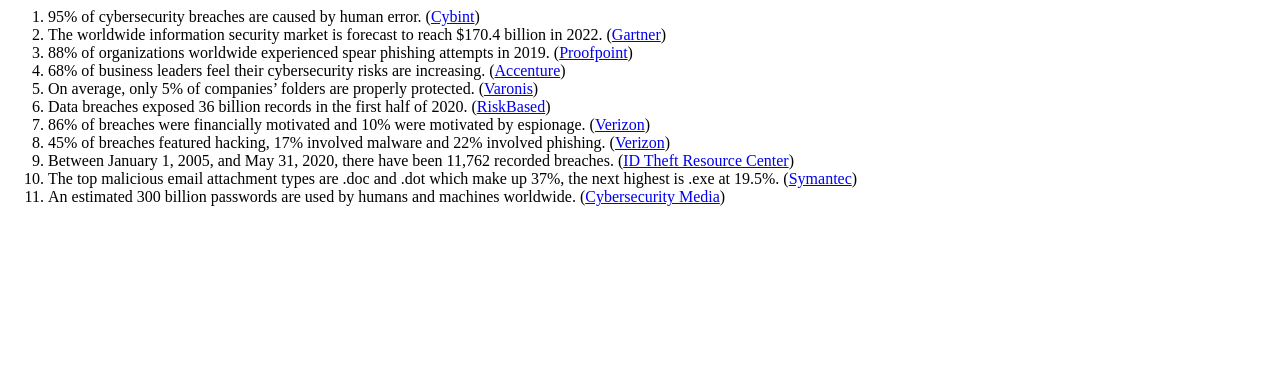
Repository: AniruddhAnand/zero_day_shield
Page: assets/data/facts.html
These files come from the project's save history. The page is drawn as it stood at one moment and after the next save; the edit follows.
The browser window is 1280 px wide. The pictures show the whole page.

Above is the page before, as saved 2021-07-10 14:58:15.

After the next save:
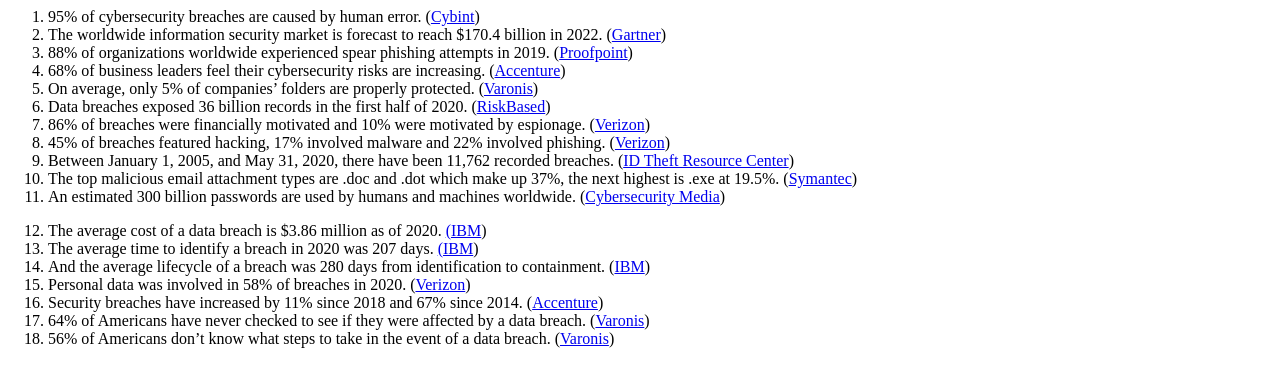
Saved 6 min 36 s later.
--- a/assets/data/facts.html
+++ b/assets/data/facts.html
@@ -37,6 +37,15 @@
                 href="https://www.scmagazine.com/video-300-billion-passwords-by-2020-report-predicts/article/634848/"
                 target="_blank" rel="noopener noreferrer">Cybersecurity Media</a>)</li>
     </ol>
+    <ol start="12">
+        <li aria-level="1">The average cost of a data breach is $3.86 million as of 2020. <a href="https://www.capita.com/sites/g/files/nginej146/files/2020-08/Ponemon-Global-Cost-of-Data-Breach-Study-2020.pdf" target="_blank" rel="noopener noreferrer"> (IBM</a>)</li>
+        <li aria-level="1">The average time to identify a breach in 2020 was 207 days. <a href="https://www.capita.com/sites/g/files/nginej146/files/2020-08/Ponemon-Global-Cost-of-Data-Breach-Study-2020.pdf" target="_blank" rel="noopener noreferrer"> (IBM</a>)</li>
+        <li aria-level="1">And the average lifecycle of a breach was 280 days from identification to containment. (<a href="https://www.ibm.com/security/data-breach" target="_blank" rel="noopener noreferrer">IBM</a>)</li>
+        <li aria-level="1">Personal data was involved in 58% of breaches in 2020. (<a href="https://enterprise.verizon.com/resources/executivebriefs/2020-dbir-executive-brief.pdf" target="_blank" rel="noopener noreferrer">Verizon</a>)</li>
+        <li aria-level="1">Security breaches have increased by 11% since 2018 and 67% since 2014. (<a href="https://www.accenture.com/us-en/insights/security/cost-cybercrime-study" target="_blank" rel="noopener noreferrer">Accenture</a>)</li>
+        <li aria-level="1">64% of Americans have never checked to see if they were affected by a data breach. (<a href="https://www.varonis.com/blog/data-breach-literacy-survey/" target="_blank" rel="noopener noreferrer">Varonis</a>)</li>
+        <li aria-level="1">56% of Americans don’t know what steps to take in the event of a data breach. (<a href="https://www.varonis.com/blog/data-breach-literacy-survey/" target="_blank" rel="noopener noreferrer">Varonis</a>)</li>
+        </ol>
 </body>
 
 </html>
